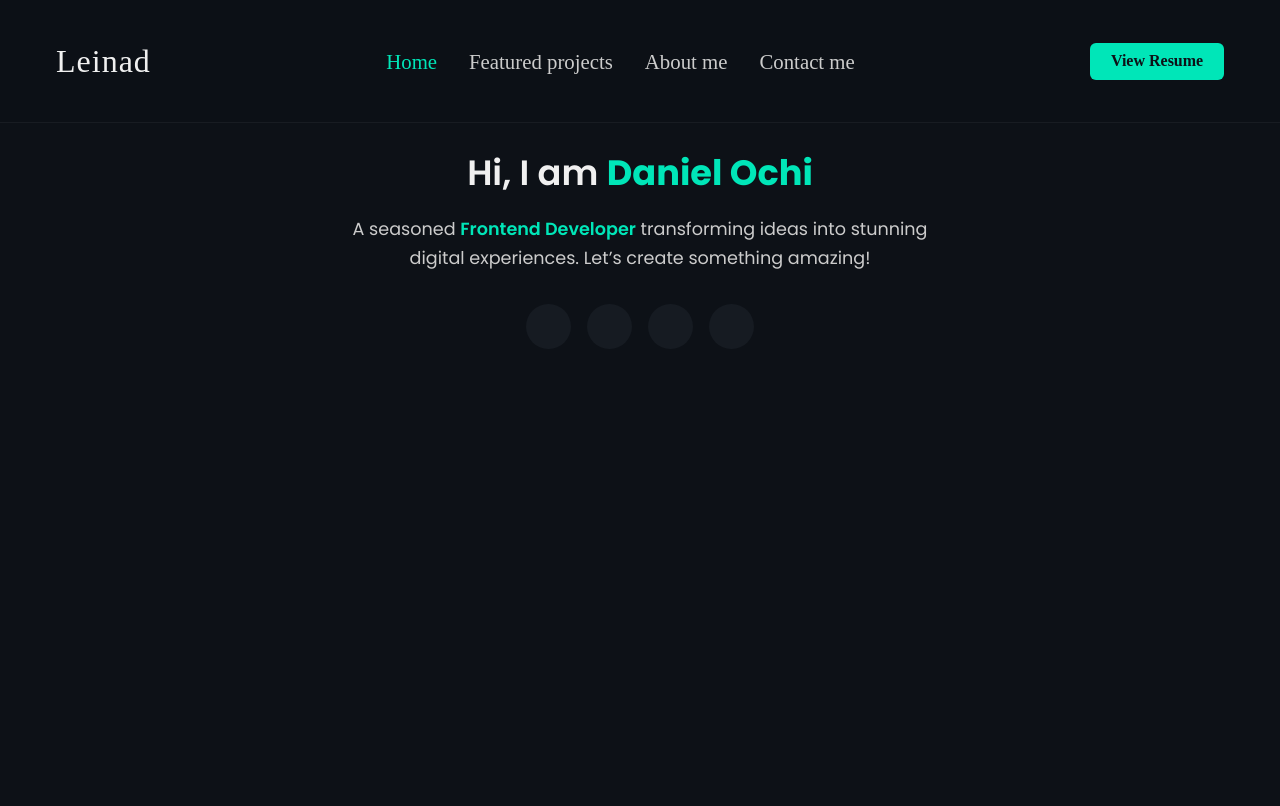
Repository: Austinokezie/Myportfolio
Page: index.html
An editor plug-in stored every save of this project. The page is shown before and after the next save, followed by the edit.
The browser window is 1280 px wide. The pictures show the whole page.
Some web fonts or font styles are not loaded; a fallback is used.

Above is the page before, as saved 2025-10-14 13:19:57.

### index.html
<!DOCTYPE html>
<html lang="en">
<head>
    <meta charset="UTF-8">
    <meta name="viewport" content="width=device-width, initial-scale=1.0">
    <title>My Portfolio</title>
    <link rel="stylesheet" href="./style.css">
    <link rel="stylesheet" href="./mediaqueries.css">
    <link rel="stylesheet" href="./lib/css/bootstrap-grid.min.css">
    <link rel="stylesheet" href="./lib/js/bootstrap.bundle.min.js">
</head>
<body>
    <header>
        <nav class="navbar">
          <div class="logo">Leinad</div>

           <ul class="nav-links">
              <li><a href="#" class="active">Home</a></li>
              <li><a href="#">Featured projects</a></li>
              <li><a href="#">About me</a></li>
             <li><a href="#">Contact me</a></li>
           </ul>

          <a href="#" class="resume-btn">View Resume</a>
       </nav>
  </header>
    </nav>
   <section class="intro">
      <div class="intro-content">
         <h1>Hi, I am <span>Daniel Ochi</span></h1>
           <p>
              A seasoned <span class="highlight">Frontend Developer</span> transforming ideas into
              stunning digital experiences. Let’s create something amazing!
           </p>

          <div class="social-links">
              <a href="#" title="GitHub"><i class="fab fa-github"></i></a>
              <a href="#" title="Medium"><i class="fab fa-medium"></i></a>
              <a href="#" title="LinkedIn"><i class="fab fa-linkedin"></i></a>
             <a href="#" title="Twitter"><i class="fab fa-twitter"></i></a>
          </div>
       </div>
    </section>










         <!-- Arrow -->
        <!-- <div class="text-center mt-5">
           <img
             src="./Asset/icons8-arrow-down-100.png"
             alt="arrow icon"
             class="icon arrow img-fluid"
             style="width: 50px; cursor: pointer;"
             onclick="location.href='./experience'"
            >
       </div> -->





<!--
        <img src="./Asset/icons8-arrow-down-100.png" alt="arrow icon"
           class="icon arrow"
           onclick="location.href= './experience'"
        >  -->




















</body>
</html>

### style.css

@import url('https://fonts.googleapis.com/css2?family=Alan+Sans:wght@300..900&family=Poppins:ital,wght@0,100;0,200;0,300;0,400;0,500;0,600;0,700;0,800;0,900;1,100;1,200;1,300;1,400;1,500;1,600;1,700;1,800;1,900&display=swap');



*{
    margin: 0;
    padding: 0;


}


/* Reset some default styles */
* {
  margin: 0;
  padding: 0;
  box-sizing: border-box;
}

body {
  background-color: #0d1117;
  color: #f0f0f0;
  font-family: 'Poppins', sans-serif;
  display: flex;
  justify-content: center;
  align-items: center;
  height: 100vh;
}



/* === Navbar === */
header {
  width: 100%;
  background-color: rgba(13, 17, 23, 0.95);
  position: fixed;
  top: 0;
  left: 0;
  z-index: 10;
  backdrop-filter: blur(6px);
  border-bottom: 1px solid rgba(255, 255, 255, 0.05);
  font-family: serif;
}

.navbar {
  max-width: 1200px;
  margin: 0 auto;
  padding: 1rem 1rem;
  display: flex;
  justify-content: space-between;
  align-items: center;
}

/* Logo */
.logo {
  font-size: .5rem;
  font-weight: 200;
  font-family: serif;
  color: #f0f0f0;
  letter-spacing: 1px;
}

/* Navigation Links */
.nav-links {
  list-style: none;
  display: flex;
  gap: 1.5rem;
}

.nav-links a {
  text-decoration: none;
  color: #cccccc;
  font-weight: 100;
  transition: 0.3s ease;
  font-size: 1.3rem;
}

.nav-links a:hover {
  color: #00e6b8;
}

.nav-links a.active {
  color: #00e6b8;
}

/* Resume Button */
.resume-btn {
  background-color: #00e6b8;
  color: #0d1117;
  text-decoration: none;
  padding: 0.6rem 1.3rem;
  border-radius: 6px;
  font-weight: 600;
  transition: all 0.3s ease;
}

.resume-btn:hover {
  background-color: #00cfa4;
  transform: translateY(-2px);
}











/* Intro Section */
.intro {
  text-align: center;
  padding: 2rem;
  margin-top: 200px;
}

.intro h1 {
  font-size: 2.2rem;
  margin-bottom: 1rem;
  font-weight: 600;
}

.intro h1 span {
  color: #00e6b8;
  font-weight: 700;
}

.intro p {
  font-size: 1.1rem;
  color: #cccccc;
  max-width: 600px;
  margin: 0 auto 2rem auto;
  line-height: 1.6;
}

.highlight {
  color: #00e6b8;
  font-weight: 600;
}

/* Social Icons */
.social-links {
  display: flex;
  justify-content: center;
  gap: 1rem;
}

.social-links a {
  display: flex;
  justify-content: center;
  align-items: center;
  background-color: #161b22;
  width: 45px;
  height: 45px;
  border-radius: 50%;
  font-size: 1.2rem;
  color: #00e6b8;
  transition: all 0.3s ease;
}

.social-links a:hover {
  background-color: #00e6b8;
  color: #0d1117;
  transform: translateY(-4px);
}

/* Responsive */
@media (max-width: 600px) {
  .intro h1 {
    font-size: 1.8rem;
  }

  .intro p {
    font-size: 1rem;
    padding: 0 1rem;
  }

  .social-links a {
    width: 40px;
    height: 40px;
    font-size: 1rem;
  }
}



@media (max-width: 400px) {
  body {
    padding: 0 1rem;
  }

  .intro h1 {
    font-size: 1.5rem;
    line-height: 1.3;
  }

  .intro p {
    font-size: 0.95rem;
    line-height: 1.5;
  }

  .social-links {
    gap: 0.7rem;
  }

  .social-links a {
    width: 38px;
    height: 38px;
    font-size: 0.9rem;
  }

  .intro {
    padding: 1.5rem 0.5rem;
  }
}


























































/* body {
  background: #f0f0f0;
} */
html{
    scroll-behavior:smooth ;
}
p{
    color: rgb(85, 85, 85);
}

/* Transition */

a, .btn{
    transition: all 300ms ease;
}

/* Desktop */

nav, .nav-links{
    display: flex;

}
nav{
    justify-content: space-around;
    align-items: center;
    height: 17vh;
}
.nav-links{
    gap: 2rem;
    list-style: none;
    font-size: 1.5rem;
}
a {
    color: black;
    text-decoration: none;
    text-decoration-color: white;
}
a:hover{
    color: grey;
    text-decoration: underline;
    text-underline-offset: 1rem;
    text-decoration-color: rgb(181 , 181, 181) ;
}
.logo{
    font-size: 2rem;
}
.logo:hover{
   cursor: default;
}
/* Hamburger */
#hamburger-nav{
    display: none;

}
.hamburger-menu{
    position: relative;
    display: inline-block;

}
.hamburger-icon{
    display: flex;
    flex-direction: column;
    justify-content: space-between;
    height: 24px;
    width: 30px;
    cursor: pointer;
}
.hamburger-icon span{
   width: 100%;
   height: 2px;
   background-color: black;
   transition: all 0.3 ease-in-out;
}
.menu-links{
    position: absolute;
    top: 100%;
    right: 0;
    width: fit-content;
    max-height: 0;
    overflow: hidden;
    transition: all 0.3 ease-in-out;

}
.menu-links a{
    display: block;
    padding: 10px;
    text-align: center;
    font-size: 1.5rem;
    color: black;
    text-decoration: none;
     transition: all 0.3 ease-in-out;
}
.menu-links li {
    list-style: none;

}
.menu-links.open{
    max-height: 300px;


}
.hamburger-icon.open span:first-child{
    transform: rotate(45deg) translate(10px, 5px);
}
.hamburger-icon.open span:nth-child(2){
  opacity: 0;
}
.hamburger-icon.open span:last-child{
    transform: rotate(-45deg) translate(10px, -5px);
}
.hamburger-icon.open span:first-child{
    transform: none;
}
.hamburger-icon.open span:first-child{
   opacity: 1;
}
.hamburger-icon.open span:first-child{
    transform: none;
}

/* section */
section{
    padding-top: 4vh;
    height: 96vh;
    margin: 0 10rem;
    box-sizing: border-box;
    min-height: fit-content;
}
.section-container{
    display: flex;
}
#profile{
    display: flex;
    justify-content: center;
    gap: 5rem;
    height: 80vh;
}
.section-pic-container{
    display: flex;
    height: 400px;
    margin: auto 0;
}
.section-pic-container img{
    width: 300px;
    height: 300px;
    border-radius: 50%;
    object-fit: cover;
    display: inline-block;
}
.section-text{
    align-self: center;
    text-align: center;
    margin-bottom: 20px;

}
.section-text-p{
    font-weight: 600;
}
.section-text-p1{
    text-align: center;
}
.intro-con.greet{
    font-size: 1.5rem;
}
.section-text-p2{
    font-size: 1.75rem;
    margin-bottom: 1rem;
}
.title{
    font-size: 3rem;
    text-align: center;
}
.socials-container{
    display: flex;
    justify-content: center;
    margin-top: 1rem;
    gap: 1rem;
}
/* ICON */
.icon{
    cursor: pointer;
    height: 2rem;
}
/* Buttons */
.btn-container{
    display: flex;
    justify-content: center;
    gap: 1rem;
}
.btn{
    font-weight: 600;
    transition: all 300ms ease;
    padding: .6rem;
    width: 8rem;
    border-radius: 2rem;

}
.btn-color-1, .btn-color-2{
    border: rgb(53, 53, 53) .1rem solid;
}
.btn-color-1:hover,
.btn-color-2:hover{
    cursor: pointer;
}
.btn-color-1,
.btn-color-2:hover{
    cursor: pointer;
    background: rgb(53, 53, 53);
    color: white;
}
.btn-color-1:hover{
    background: rgb(0, 0, 0);


}
.btn-color-2{
    background: none;

}
.btn-color-2:hover{
    border: rgb(255, 255, 255) .1rem solid;
}
.btn-container{
    gap: 1rem;
}

/* About section */


#about{
    position: relative;
    margin-top: 3.5rem;
}
.about-intro{
    margin-bottom: 20px;
}
.section_text_p1{
    text-align: center;
}

/* .about-containers{
    display: flex;
    flex-wrap: wrap;
    justify-content: center;
    gap: 2rem;
    margin-bottom: 2rem;
    margin-top: 2rem;
} */
/* .about-details-container{
    justify-content: center;
    flex-direction: column;
} */
.about-containers,
.about-details-container{
    /* display: flex; */
}
.about-details-container{
    display: block;
}
.about-pic{
    border-radius: 2rem;
    max-width: 400px;
    width: 100%;
    height: auto;
    object-fit: cover;
}
.arrow{
    position: absolute;
    right: -5rem;
    bottom: 2.5rem;
}
.details-container{

    padding: 1.5rem;
    /* flex: 1;  */
    background: white;
    border-radius: 2rem;
    border: rgb(53, 53, 53) 0.1rem solid;
    border-color: rgb(163, 163, 163);
    text-align: center;
}
.section_container{
    /* display: flex; */
    gap: 2rem;
    /* height: 70%; */

}
.section__pic-container{
   /* height: auto; */
   width: 100%;
   display: flex;
   justify-content: center;
   align-items: center;
}


.skill-card{
    display: flex;
    flex-direction: column;
    align-items: center;
    justify-content: center;
    padding: 20px;
    background: #fff;
    border-radius: 2px;
    box-shadow: 0 4px 4px rgba(0, 0, 0, 0.1);
    height: 55px;
}
.skill-card img{
    width: 40px;
    height: 40px;
    margin-bottom: 10px;
}



/* Experience section */
#experience{
    position: relative;
}
.experience-sub-title{
    color: rgb(85, 85, 85);
    font-weight: 600;
    font-size: 1.75rem;
    margin-bottom: 2rem;

}
.experience-details-container{
    display: flex;
    justify-content: center;
    flex-direction: column;

}
.article-container{
    display: flex;
    text-align: initial;
    flex-wrap: wrap;
    flex-direction: row;
    gap: 2.5rem;
    justify-content: space-around;
}
article{
    display: flex;
    width: 10rem;
    justify-content: space-around;
    gap: 0.5rem;

}
article .icon{
    cursor: default;
}


/* Projects Section */


#projects{
    position: relative;
}
.color-container{
    border-color: rgb(163, 163, 163);
    background: rgb(255, 255, 255);
}
.project-img{
   border-radius: 1rem;
   width: 100%;
   height: 100%;
}
.project-title{
    margin: 1rem;
    color: black;
}
.project-btn{
    color: black;
    border-color: rgb(163, 163, 163);
}
/* CONTACT */
#contact{
    display: flex;
    justify-content: center;
    flex-direction: column;
    height: 70vh;
}
.contact-info-upper-container{
    display: flex;
    justify-content: center;
    border-radius: 2rem;
    border: rgb(53, 53, 53) 0.1rem solid;
    background-color: rgb(163, 163, 163);
    background: rgb(250, 250, 250);
    margin: 2rem auto;
    padding: 0.5rem;

}
.contact-info-container{
    display: flex;
    align-items: center;
    justify-content: center;
    gap: 0.5rem;
    margin: 1rem;
}
.contact-info-container p{
    font-size: larger;
}
.contact-icon{
    cursor: default;
}

/* footer */
footer{
    height: 26vh;
    margin:  0 1 rem;
    color: #fff;
    background: #f9f9f9;
    box-shadow: 0 -4px 6px rgba(0, 0, 0, 0.2);

}
/* hr{
    width: 75%;
    margin: 20px auto;
    border-color: #333;

} */

.nav-links{
   color: rgb(85, 85, 85);
}
footer p{
    text-align: center ;
}

@media (max-width: 768px) {
  .arrow {
    position: static;
    margin: 2rem auto 0;
    display: block;
  }
}

@media (max-width: 992px) {
  .section_container {
    flex-direction: column;
    align-items: center;
  }

  .section__pic-container,
  .about-details-container {
    max-width: 100%;
  }

  .arrow {
    position: static;
    display: block;
    margin: 2rem auto 0;
  }
}

Loaded but not shown: lib/css/bootstrap-grid.min.css (library); lib/js/bootstrap.bundle.min.js (library); mediaqueries.css (empty)

After the next save:
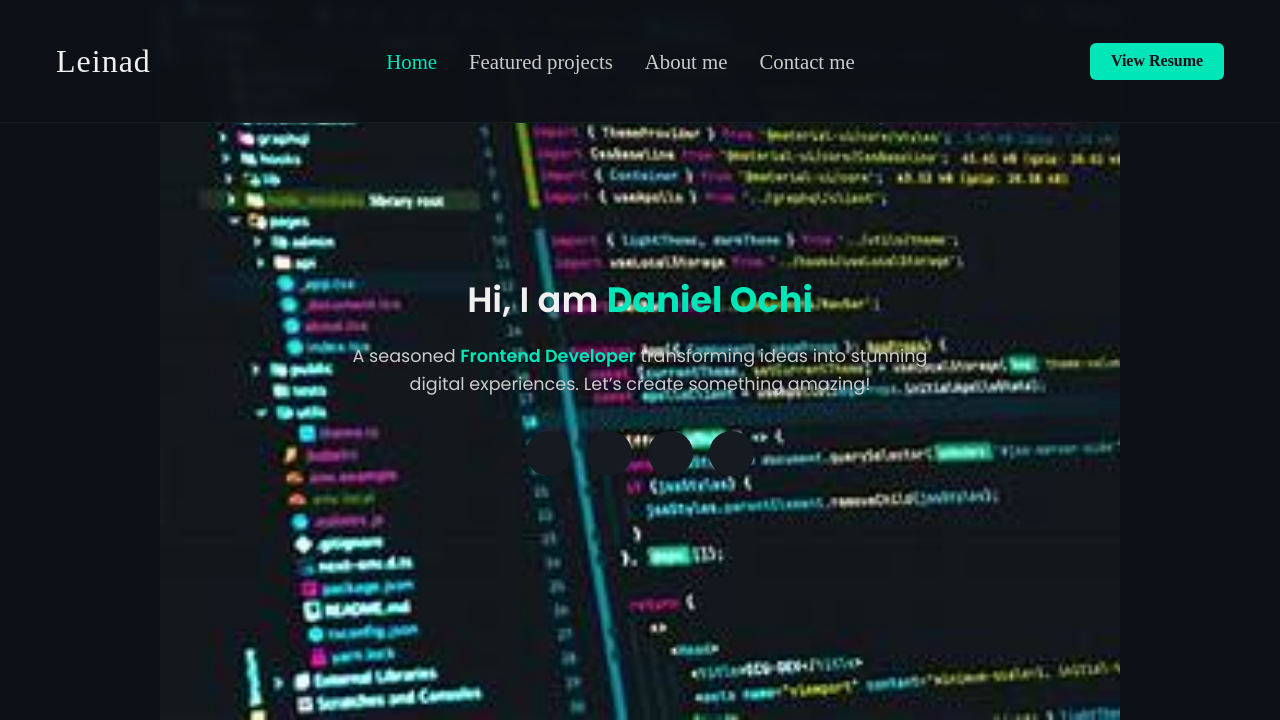
Saved 5 min 27 s later.
--- a/style.css
+++ b/style.css
@@ -112,9 +112,33 @@ header {
 
 /* Intro Section */
 .intro {
+  position: relative;
+  min-height: 100vh;
+  width: 100%;
+  background: url('./Asset/OIP\ \(1\).jpeg') center/cover no-repeat; /* <-- Replace with your image */
+  display: flex;
+  justify-content: center;
+  align-items: center;
   text-align: center;
+  overflow: hidden;
+}
+/* Dark overlay to dim image */
+.overlay {
+  position: absolute;
+  top: 0;
+  left: 0;
+  width: 100%;
+  height: 100%;
+  background: rgba(0, 0, 0, 0.7); /* adjust dimness here */
+  z-index: 1;
+}
+
+/* Text Content */
+.intro-content {
+  position: relative;
+  z-index: 2;
+  max-width: 700px;
   padding: 2rem;
-  margin-top: 200px;
 }
 
 .intro h1 {
